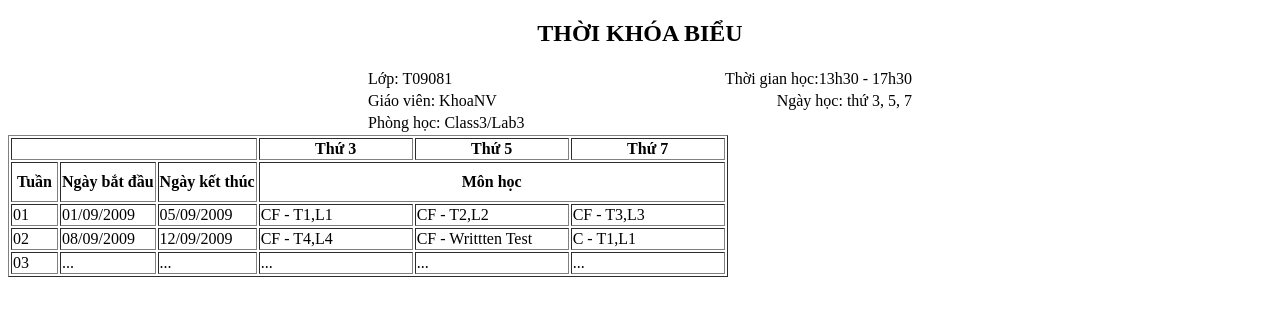
Repository: Lehuyhuynh/BT1-HTML
Page: index.html
These files come from the project's save history. The page is drawn as it stood at one moment and after the next save; the edit follows.
The browser window is 1280 px wide. The pictures show the whole page.

Above is the page before, as saved 2023-08-06 22:08:21.

### index.html
<!DOCTYPE html>
<html lang="en">
<head>
  <meta charset="UTF-8">
  <meta name="viewport" content="width=device-width, initial-scale=1.0">
  <title>THỜI KHÓA BIỂU</title>

  <style>

    h2{
      text-align: center;
    }
    #table1{
      width: 550px;
    margin-left: auto;
    margin-right: auto;
    }
    /* #table2{
      width: 700px;
    display: block;
    margin-left: auto;
    margin-right: auto;
    } */
    /* tr,th,td{
      height: 20px;
    } */
    #rank{
      width: 150px;
    }
    #week{
      padding: 10px 5px;
    }
    #extended-time{

    }

  </style>

</head>
<body>

  <div >

    <div>
      <h2> THỜI KHÓA BIỂU</h2>
    </div>

    <div>
      <table id="table1">
          <tr>
              <td align="left">Lớp: T09081</td>
              <td align="right">Thời gian học:13h30 - 17h30</td>
          </tr>
          <tr>
              <td align="left">Giáo viên: KhoaNV</td>
              <td align="right">Ngày học: thứ 3, 5, 7 </td>
          </tr>
          <tr>
              <td align="left">Phòng học: Class3/Lab3</td>
          </tr>
      </table>
  </div>

    <div id="table2">
      <table border="1">
        <thead>

          <tr>
            <th colspan="3"></th>
            <th id="rank" >Thứ 3</th>
            <th id="rank">Thứ 5</th>
            <th id="rank">Thứ 7</th>
          </tr>

          <tr>
            <th id="week">Tuần</th>
            <th id="extended-time">Ngày bắt đầu</th>
            <th id="extended-time">Ngày kết thúc</th>
            <th colspan="3">Môn học</th>
          </tr>

        </thead>

        <tr>
          <td>01</td>
          <td>01/09/2009</td>
          <td>05/09/2009</td>
          <td >CF - T1,L1</td>
          <td>CF - T2,L2</td>
          <td>CF - T3,L3</td>
        </tr>

        <tr>
          <td>02</td>
          <td>08/09/2009</td>
          <td>12/09/2009</td>
          <td>CF - T4,L4</td>
          <td>CF - Writtten Test</td>
          <td>C - T1,L1</td>
        </tr>

        <tr>
          <td>03</td>
          <td>...</td>
          <td>...</td>
          <td>...</td>
          <td>...</td>
          <td>...</td>
        </tr>

      </table>
    </div>


  </div>

</body>
</html>

After the next save:
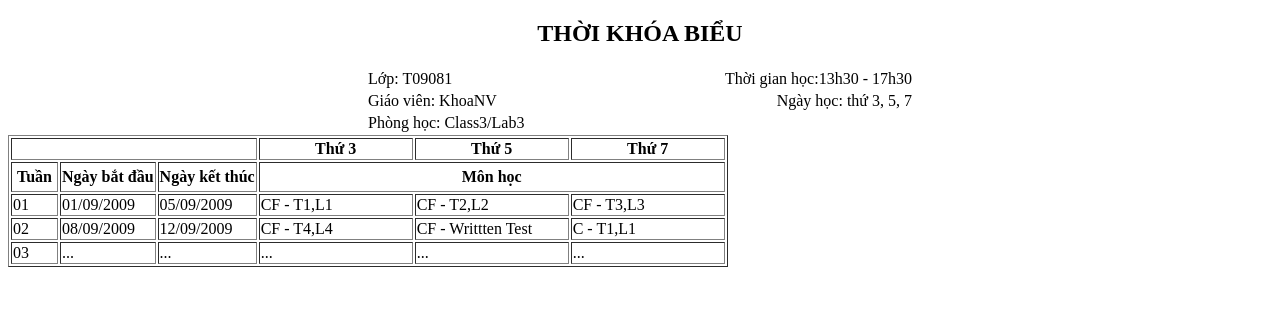
Saved 45 s later.
--- a/index.html
+++ b/index.html
@@ -28,7 +28,7 @@
       width: 150px;
     }
     #week{
-      padding: 10px 5px;
+      padding: 5px 5px;
     }
     #extended-time{
 
